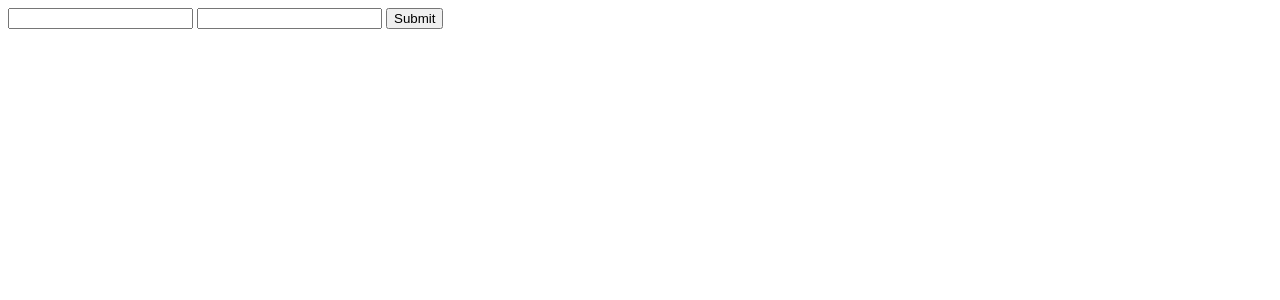
Repository: Kamleshmaury/CoreJava
Page: Servlet-1/src/main/webapp/login.html
The author's editor kept a copy of each file at every save. The page is drawn from the files as they stood at one save, then again after the next save.
The browser window is 1280 px wide. The pictures show the whole page.

Above is the page before, as saved 2022-10-17 07:08:18.

After the next save:
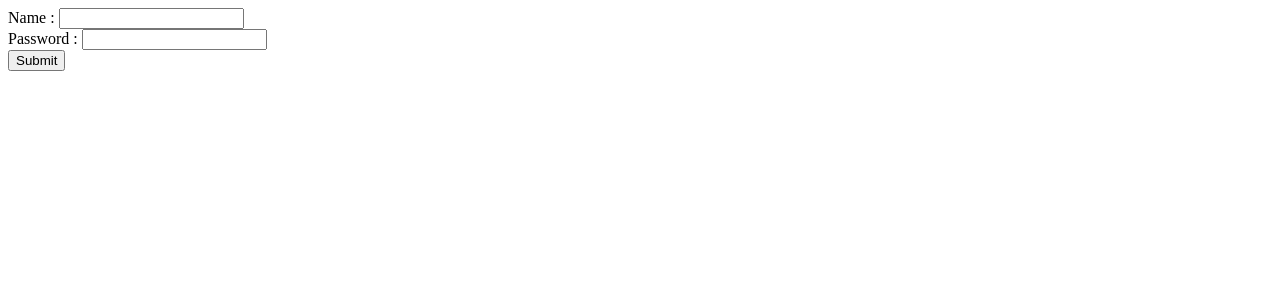
Saved 40 s later.
--- a/Servlet-1/src/main/webapp/login.html
+++ b/Servlet-1/src/main/webapp/login.html
@@ -6,8 +6,8 @@
 </head>
 <body>
 	<form action="login" method="get">
-		<input type="text" name="uname">
-		<input type="password" name="password">
+		Name : <input type="text" name="uname"> <br>
+		Password : <input type="password" name="password"><br>
 		<input type="submit" value="Submit">
 	</form>
 </body>
